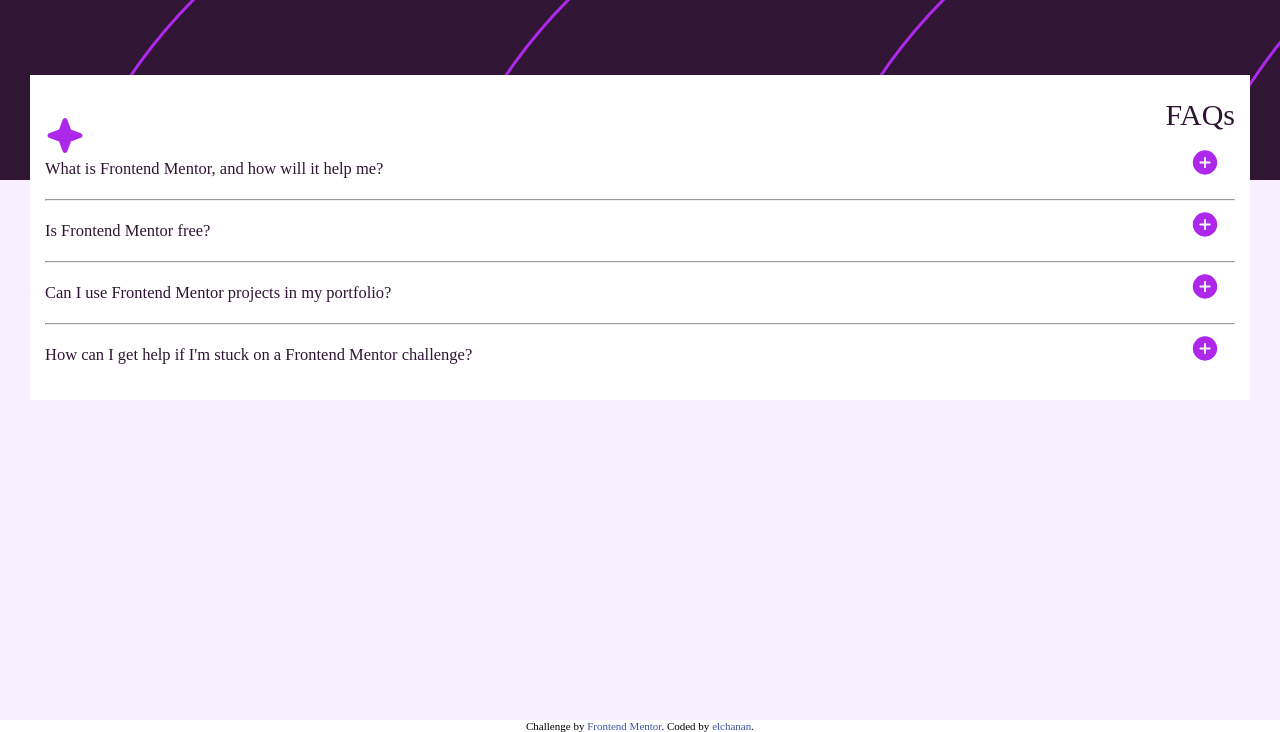
Repository: elchananChen/frontend-mentor-projects
Page: 2024/10/faQs/index.html
These files come from the project's save history. The page is drawn as it stood at one moment and after the next save; the edit follows.
The browser window is 1280 px wide. The pictures show the whole page.

Above is the page before, as saved 2024-10-13 16:35:59.

### 2024/10/faQs/index.html
<!DOCTYPE html>
<html lang="en">
  <head>
    <meta charset="UTF-8" />
    <meta name="viewport" content="width=device-width, initial-scale=1.0" />

    <link
      rel="icon"
      type="image/png"
      sizes="32x32"
      href="./assets/images/favicon-32x32.png"
    />

    <title>Frontend Mentor | FAQ accordion</title>

    <style>
      .attribution {
        font-size: 11px;
        text-align: center;
      }
      .attribution a {
        color: hsl(228, 45%, 44%);
      }
    </style>
    <link rel="stylesheet" href="./style.css" />
  </head>
  <body>
    <article>
      <div class="card">
        <header>
          <div class="flex q-wrapper">
            <div class="star-wrapper">
              <img src="./assets/images/icon-star.svg" alt="icon-star" />
            </div>
            <h1>FAQs</h1>
          </div>
        </header>
        <main>
          <div class="flex q-wrapper">
            <h3>What is Frontend Mentor, and how will it help me?</h3>
            <div class="plus-wrapper">
              <img src="./assets/images/icon-plus.svg" alt="plus-sign" />
            </div>
          </div>
          <p class="hidden">
            Frontend Mentor offers realistic coding challenges to help
            developers improve their frontend coding skills with projects in
            HTML, CSS, and JavaScript. It's suitable for all levels and ideal
            for portfolio building.
          </p>
          <hr />
          <div class="flex q-wrapper">
            <h3>Is Frontend Mentor free?</h3>
            <div class="plus-wrapper">
              <img src="./assets/images/icon-plus.svg" alt="plus-sign" />
            </div>
          </div>
          <p class="hidden">
            Yes, Frontend Mentor offers both free and premium coding challenges,
            with the free option providing access to a range of projects
            suitable for all skill levels.
          </p>
          <hr />
          <div class="flex q-wrapper">
            <h3>Can I use Frontend Mentor projects in my portfolio?</h3>
            <div class="plus-wrapper">
              <img src="./assets/images/icon-plus.svg" alt="plus-sign" />
            </div>
          </div>
          <p class="hidden">
            Yes, you can use projects completed on Frontend Mentor in your
            portfolio. It's an excellent way to showcase your skills to
            potential employers!
          </p>
          <hr />
          <div class="flex q-wrapper">
            <h3>
              How can I get help if I'm stuck on a Frontend Mentor challenge?
            </h3>
            <div class="plus-wrapper">
              <img src="./assets/images/icon-plus.svg" alt="plus-sign" />
            </div>
          </div>
          <p class="hidden">
            The best place to get help is inside Frontend Mentor's Discord
            community. There's a help channel where you can ask questions and
            seek support from other community members.
          </p>
        </main>
      </div>
    </article>
    <div class="attribution">
      Challenge by
      <a href="https://www.frontendmentor.io?ref=challenge" target="_blank"
        >Frontend Mentor</a
      >. Coded by <a href="#">elchanan</a>.
    </div>
  </body>
</html>

### 2024/10/faQs/style.css
@import url("./css/reset.css");
@import url("./css/varieble.css");
@import url("./css/fonts.css");
@import url("./css/utilities.css");

article {
  min-height: 100vh;
  width: 100%;
  padding: 2rem;
  padding-block: 5rem;
  background: linear-gradient(180deg, transparent 25%, hsl(275, 100%, 97%) 25%),
    url("./assets/images/background-pattern-mobile.svg");
}
.card {
  background-color: var(--color-White);
  padding: 1rem;
}
header {
}
h1 {
  font-size: 2rem;
  color: var(--color-Dark-purple);
}
h3 {
  font-size: 1.1rem;
  color: var(--color-Dark-purple);
}
.q-wrapper {
  padding-block: 0.5rem;
  align-items: center;
  justify-content: space-between;
}
.star-wrapper {
}
.plus-wrapper {
  position: relative;
  width: 3rem;
  height: 3rem;
}
img {
  position: absolute;
  left: 100;
  right: 100;
  top: 100;
  bottom: 100;
}

### 2024/10/faQs/css/reset.css
* {
  box-sizing: border-box;
  margin: 0;
  padding: 0;
}
html {
  font-family: "overpass-Regular";
}
html,
body {
  min-height: 100vh;
  width: 100%;
  font-size: 15px;
}

img {
  display: block;
  max-width: 100%;
}
h1,
h2,
h3,
h4,
h5,
h6 {
  font-size: 1rem;
  font-weight: normal;
}
button {
  border: 0px;
}

ul,
ol {
  padding-left: 0.5rem;
}
a {
  text-decoration: none;
  color: inherit;
}

### 2024/10/faQs/css/varieble.css
:root {
  --color-White: hsl(0, 0%, 100%);
  --color-Light-pink: hsl(275, 100%, 97%);
  --color-Grayish-purple: hsl(292, 16%, 49%);
  --color-Dark-purple: hsl(292, 42%, 14%);
}

### 2024/10/faQs/css/utilities.css
.flex {
  display: flex;
}
.hidden {
  display: none;
}

Loaded but not shown: 2024/10/faQs/css/fonts.css (no copy from this time; the picture is the same without it)

After the next save:
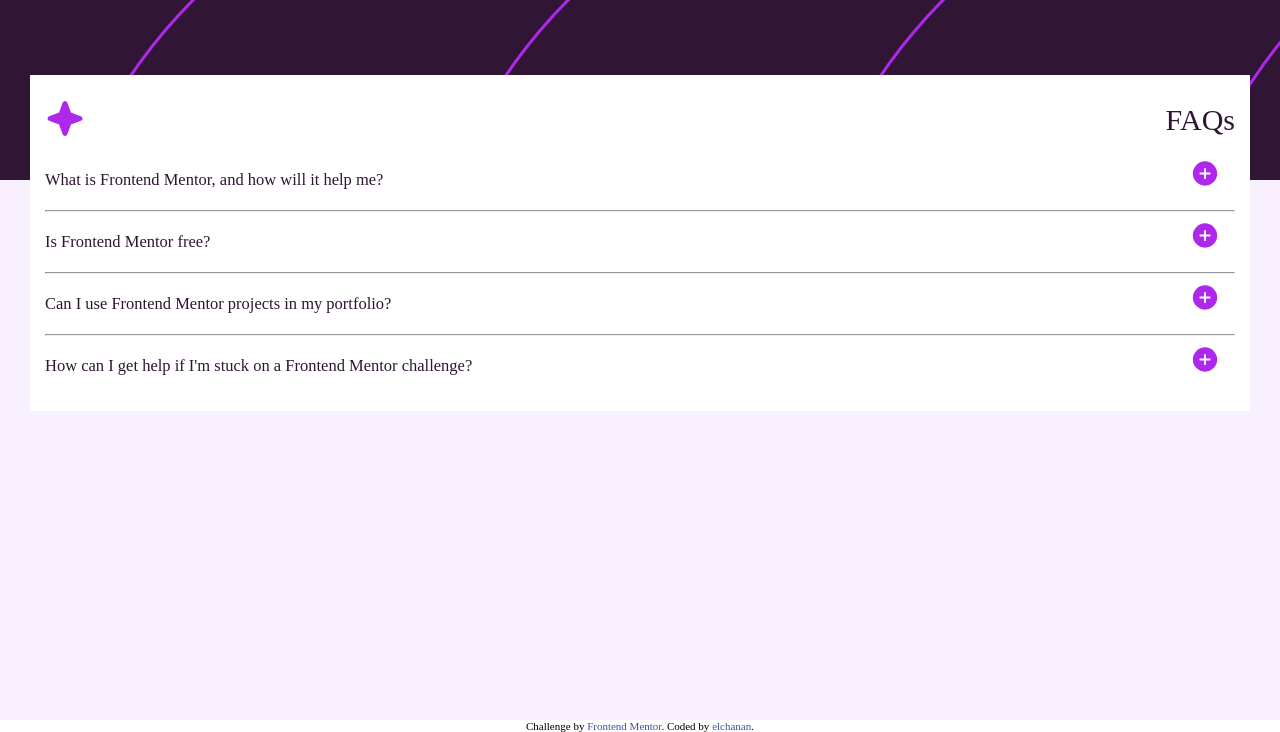
Saved 58 s later.
--- a/2024/10/faQs/style.css
+++ b/2024/10/faQs/style.css
@@ -31,6 +31,9 @@
   justify-content: space-between;
 }
 .star-wrapper {
+  position: relative;
+  width: 3rem;
+  height: 3rem;
 }
 .plus-wrapper {
   position: relative;
